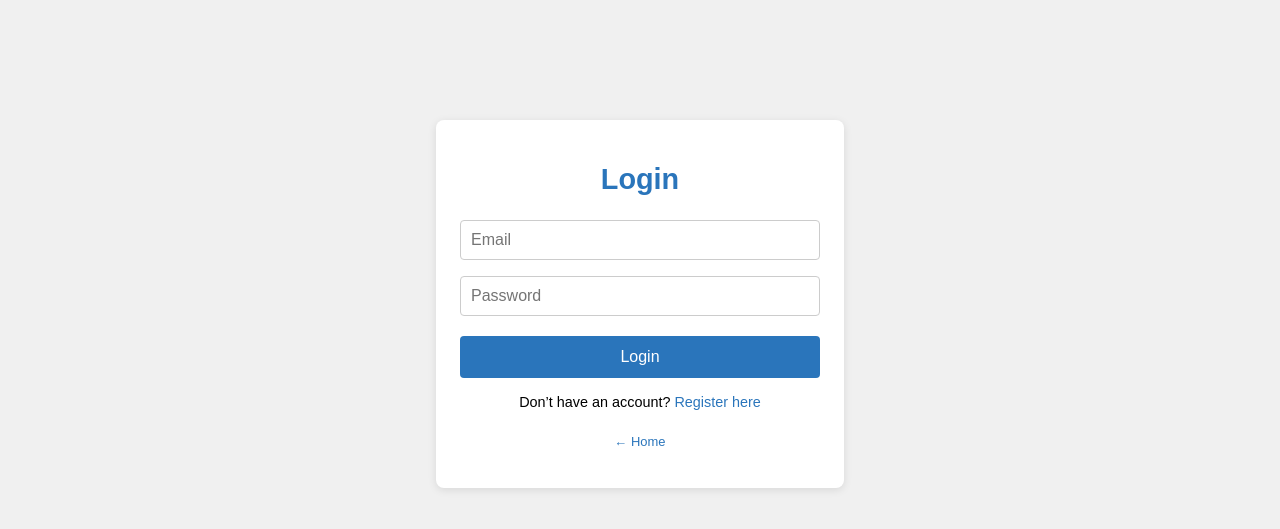
Repository: elavcoh/nodedemos
Page: Client/login.html
The author's editor kept a copy of each file at every save. The page is drawn from the files as they stood at one save, then again after the next save.
The browser window is 1280 px wide. The pictures show the whole page.

Above is the page before, as saved 2025-07-27 17:16:04.

After the next save:
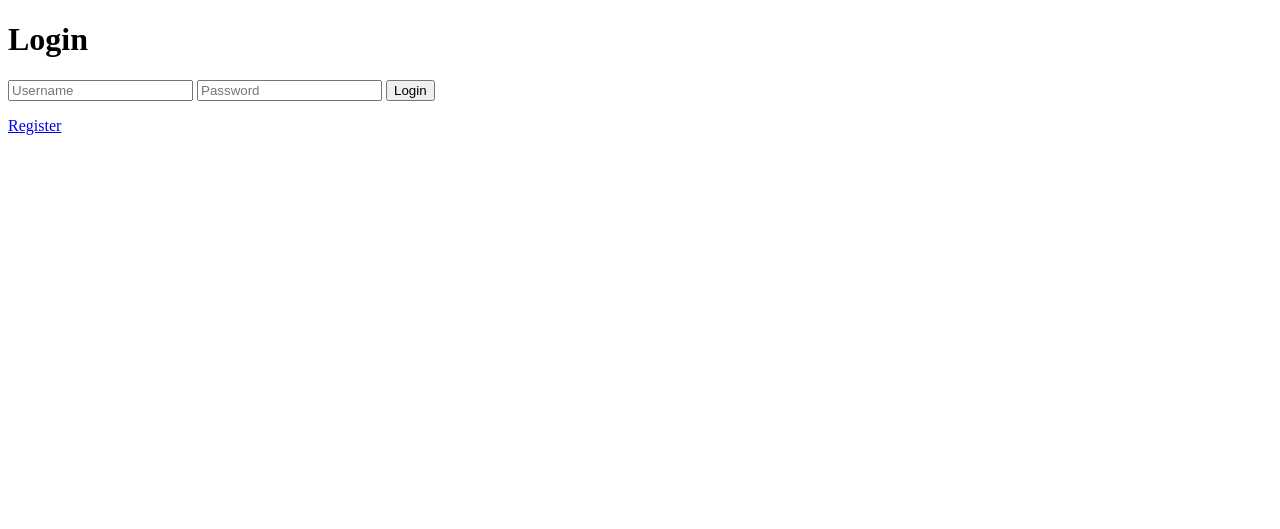
Saved 8 s later.
--- a/Client/login.html
+++ b/Client/login.html
@@ -1,84 +1,32 @@
 <!DOCTYPE html>
 <html lang="en">
 <head>
-  <meta charset="UTF-8">
+  <meta charset="UTF-8" />
   <title>Login</title>
-  <link rel="stylesheet" href="/styles.css">
-  <style>
-    /* Centered login box */
-    .login-container {
-      max-width: 360px;
-      margin: 80px auto;
-      padding: 24px;
-      background: #fff;
-      border-radius: 8px;
-      box-shadow: 0 2px 8px rgba(0,0,0,0.1);
-      text-align: center;
-      font-family: Arial, sans-serif;
-    }
-    .login-container h1 {
-      margin-bottom: 16px;
-      font-size: 1.8em;
-      color: #2a75bb;
-    }
-    .login-container input {
-      width: 100%;
-      padding: 10px;
-      margin: 8px 0;
-      border: 1px solid #ccc;
-      border-radius: 4px;
-      box-sizing: border-box;
-      font-size: 1em;
-    }
-    .login-container button {
-      width: 100%;
-      padding: 12px;
-      margin-top: 12px;
-      background: #2a75bb;
-      color: #fff;
-      border: none;
-      border-radius: 4px;
-      font-size: 1em;
-      cursor: pointer;
-    }
-    .login-container button:hover {
-      background: #245a9e;
-    }
-    .login-container p {
-      margin-top: 16px;
-      font-size: 0.9em;
-    }
-    .login-container a {
-      color: #2a75bb;
-      text-decoration: none;
-    }
-    .login-container .home-link {
-      display: inline-block;
-      margin-top: 8px;
-      font-size: 0.9em;
-    }
-  </style>
 </head>
 <body>
-  <div class="login-container">
-    <h1>Login</h1>
-    <form action="/login" method="POST">
-      <input
-        type="email"
-        name="email"
-        placeholder="Email"
-        required
-      />
-      <input
-        type="password"
-        name="password"
-        placeholder="Password"
-        required
-      />
-      <button type="submit">Login</button>
-    </form>
-    <p>Don’t have an account? <a href="/register">Register here</a></p>
-    <p><a href="/" class="home-link">← Home</a></p>
-  </div>
+  <h1>Login</h1>
+  <form onsubmit="login(event)">
+    <input id="username" placeholder="Username" required />
+    <input id="password" type="password" placeholder="Password" required />
+    <button>Login</button>
+  </form>
+  <p><a href="register.html">Register</a></p>
+
+  <script>
+    async function login(e) {
+      e.preventDefault();
+      const res = await fetch("/api/login", {
+        method: "POST",
+        headers: { "Content-Type": "application/json" },
+        body: JSON.stringify({
+          username: username.value,
+          password: password.value,
+        }),
+      });
+      if (res.ok) location.href = "favorites.html";
+      else alert("Login failed");
+    }
+  </script>
 </body>
 </html>
